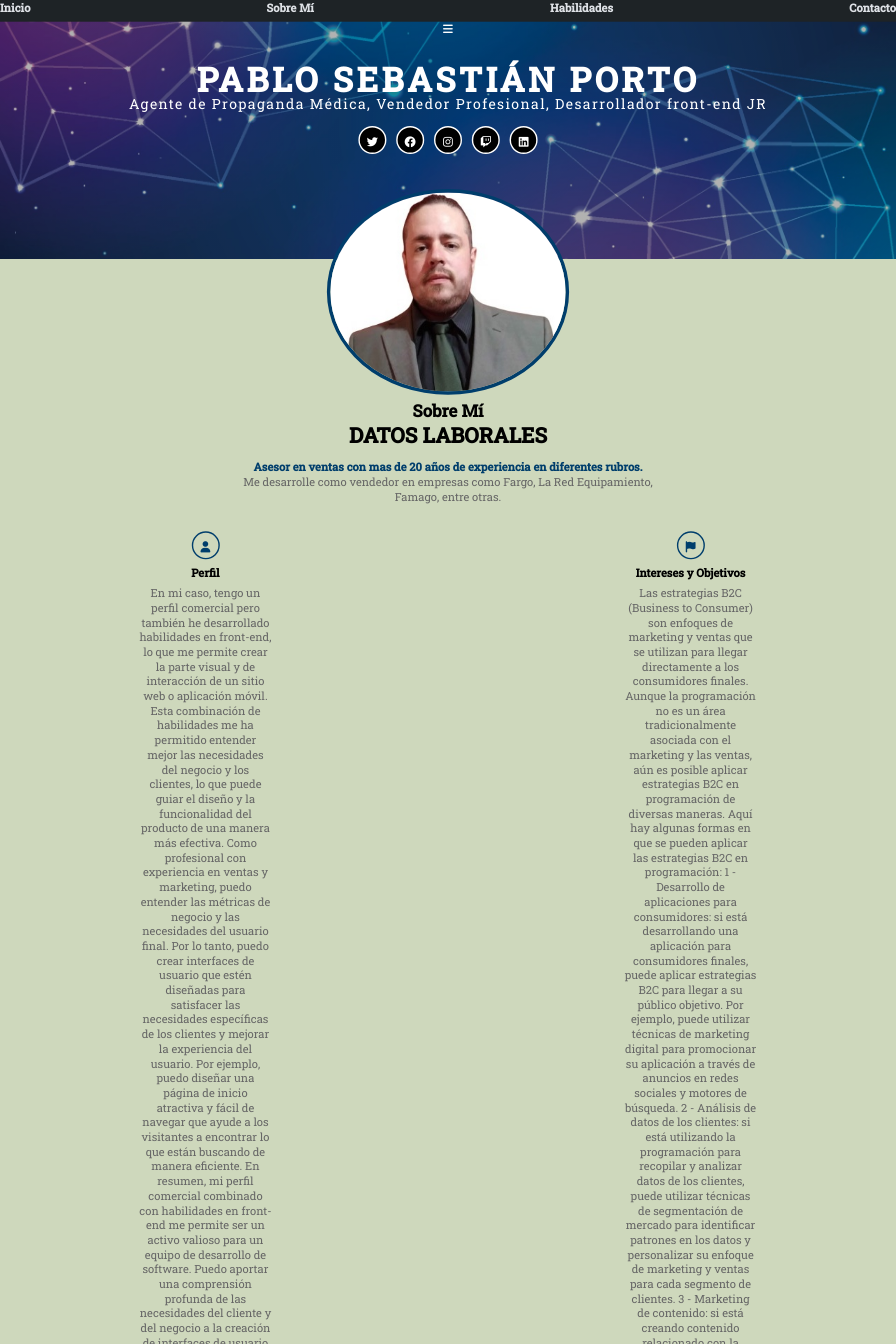
Repository: PabloSebastianPorto/Entrega-CV-1-ARG-PROG
Page: CVFINAL/CVfinal.HTML
The author's editor kept a copy of each file at every save. The page is drawn from the files as they stood at one save, then again after the next save.
The browser window is 1280 px wide. The pictures show the part of the page from y = 0 to 1920 px (the page is 2947 px tall), at 70% of full size.
Some web libraries are served in a nearby version.

Above is the page before, as saved 2023-02-27 22:22:27.

After the next save:
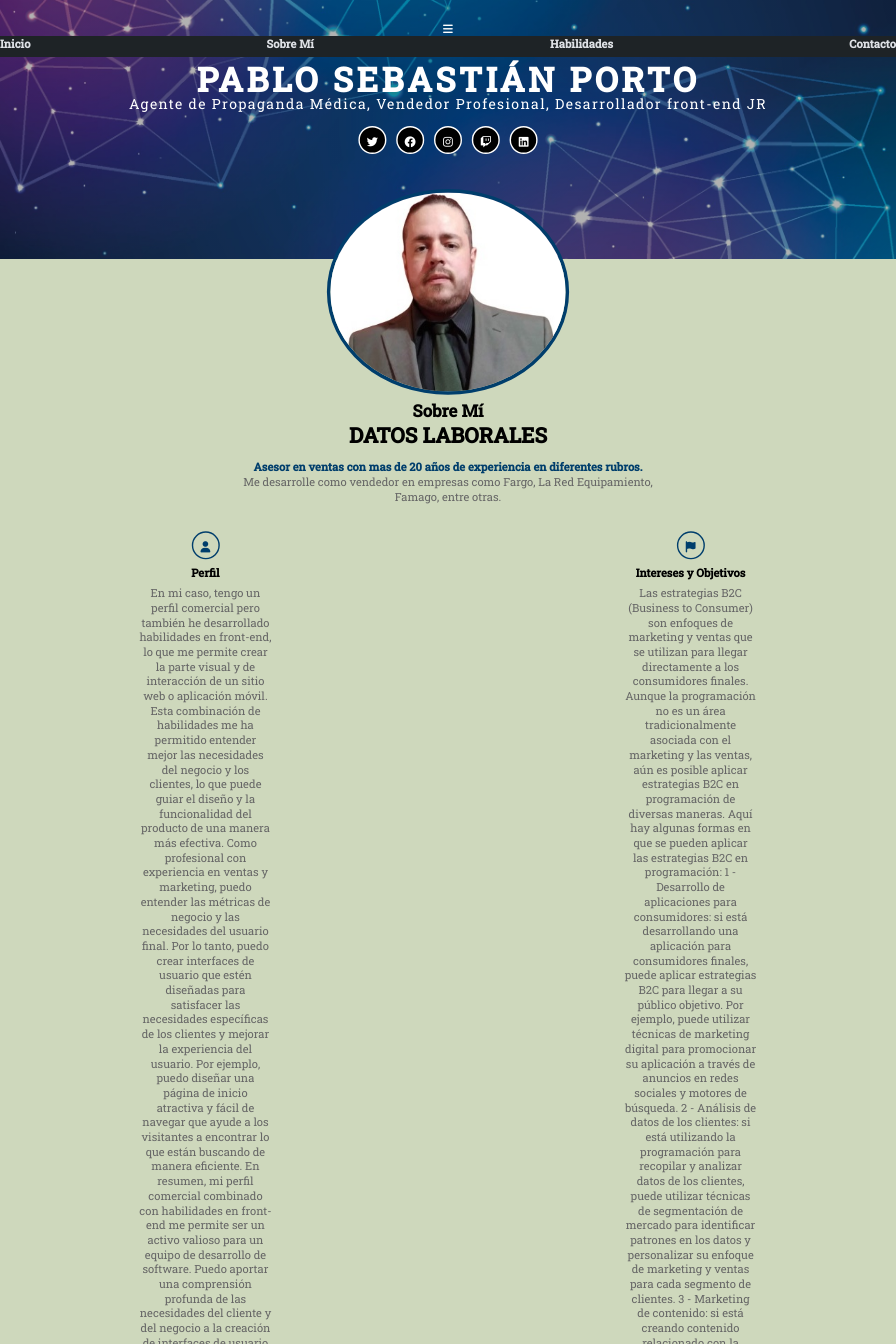
Saved 87 s later.
--- a/CVFINAL/CVfinal.css
+++ b/CVFINAL/CVfinal.css
@@ -34,7 +34,7 @@
   background: #1e2326;
   position: fixed;
   width: 100%;
-  top: 0;
+  top: 10;
   left: 0;
   z-index: 99;
   display: flex;

After the 2 saves that followed:
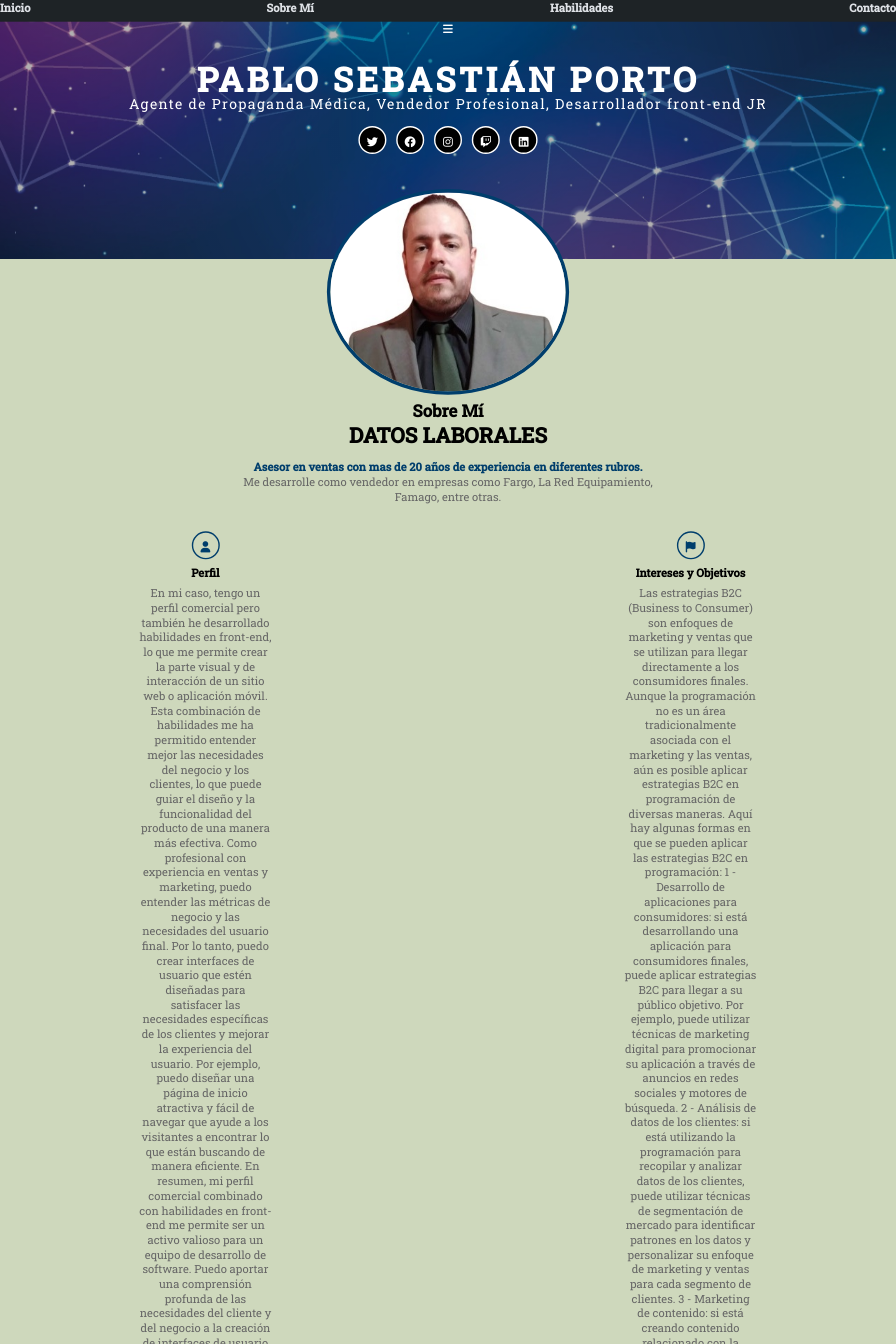
The 2 saves are shown as one change because 1 left the picture as it was.
The last was saved 57 s later.
--- a/CVFINAL/CVfinal.css
+++ b/CVFINAL/CVfinal.css
@@ -34,7 +34,7 @@
   background: #1e2326;
   position: fixed;
   width: 100%;
-  top: 10;
+  top: 0;
   left: 0;
   z-index: 99;
   display: flex;
